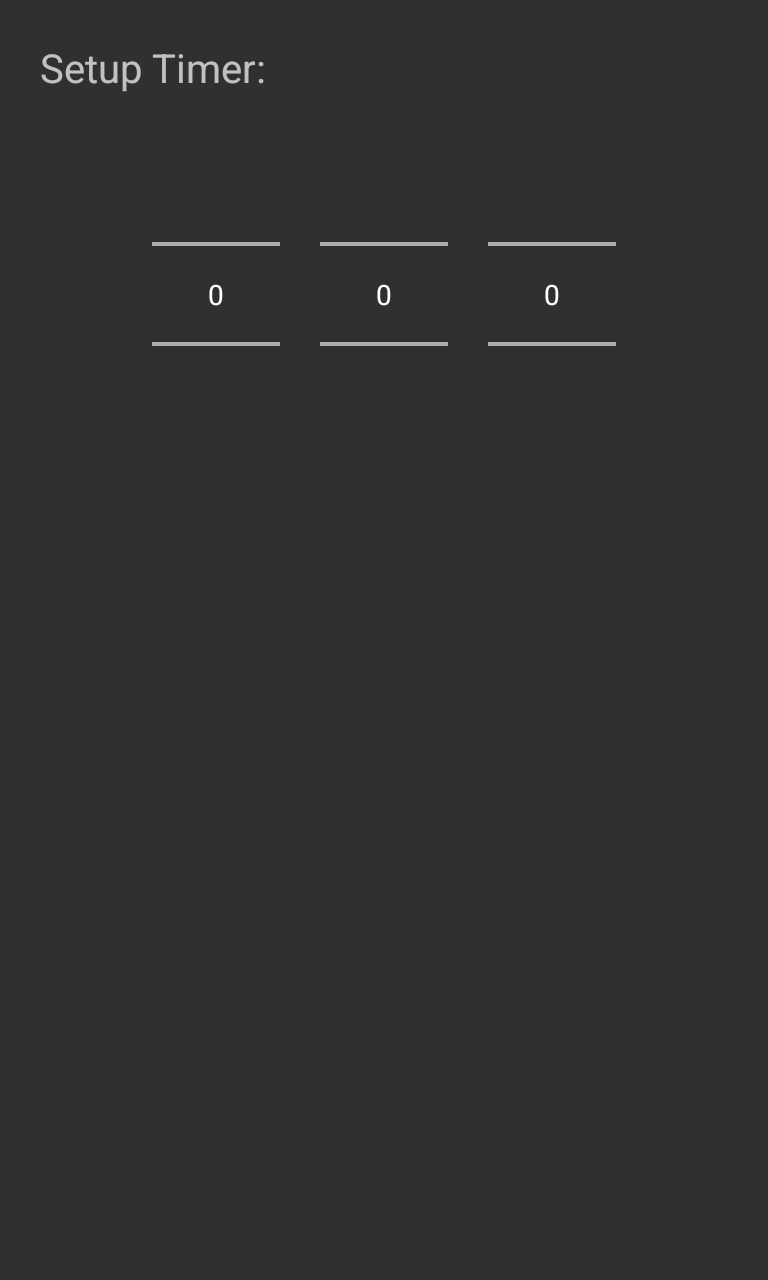
Repository: deanzaka/Shroom-Smart-Terminal
Layout: IOIOShroomST/res/layout/timer.xml
The author's editor kept a copy of each file at every save. The layout is drawn from the files as they stood at one save, then again after the next save.
It is drawn on a 768 x 1280 px phone screen (xhdpi) without system bars, with theme Theme.AppCompat; the app's code is not run.

Above is the layout before, as saved 2014-11-18 10:25:30.

### IOIOShroomST/res/layout/timer.xml
<?xml version="1.0" encoding="utf-8"?>
<LinearLayout xmlns:android="http://schemas.android.com/apk/res/android"
    android:orientation="vertical"
    android:layout_width="fill_parent"
    android:layout_height="fill_parent">

    <TextView
        android:layout_width="wrap_content"
        android:layout_height="wrap_content"
        android:text="@string/timer_setup_label"
        android:textSize="20sp"
        android:paddingTop="20dp"
        android:paddingLeft="20dp"/>

    <RelativeLayout
	    android:layout_width="fill_parent"
	    android:layout_height="wrap_content"
	    android:gravity="center_horizontal"
	    android:paddingTop="10dp">

	    <NumberPicker
		    android:id="@+id/userHour"
		    android:layout_width="wrap_content"
		    android:layout_height="wrap_content"
		    android:layout_marginRight="20dp" />

	    <NumberPicker
		    android:id="@+id/userMin"
		    android:layout_width="wrap_content"
		    android:layout_height="wrap_content"
		    android:layout_toRightOf="@id/userHour"
		    android:layout_marginRight="20dp"/>

	    <NumberPicker
		    android:id="@+id/userSec"
		    android:layout_width="wrap_content"
		    android:layout_height="wrap_content"
		    android:layout_toRightOf="@id/userMin"/>

	</RelativeLayout>



</LinearLayout>

### IOIOShroomST/res/values/strings.xml
<?xml version="1.0" encoding="utf-8"?>
<resources>

    <string name="app_name">Shroom - Smart Outlet</string>
    <string name="terminal_1">Plug 1</string>
    <string name="terminal_2">Plug 2</string>
    <string name="terminal_3">Plug 3</string>
    <string name="lamp">Lamp</string>
    <string name="light_label">Light intensity: </string>
    <string name="light_setup_label">Light setup: </string>
    <string name="temp_label">Temperature: </string>
    <string name="temp_setup_label">Temperature setup: </string>
    <string name="timer_setup_label">Setup Timer: </string>
    <string name="cel_label">celcius</string>
    <string name="lux_label">lux</string>
    <string name="auto_label">Auto Mode</string>
    <string name="action_sensors">Sensors</string>
    <string name="action_settings">Setting</string>
    <string name="action_timer">Timer</string>
    <string name="yes_answer">Yes</string>
    <string name="no_answer">No</string>
    <string name="title_activity_settings">Settings</string>
    <string name="hello_world">Hello world!</string>
    <string name="title_activity_sensors">Sensors</string>
    <string name="light_sensor">Light</string>
    <string name="temp_sensor">Temp</string>
    <string name="timer">Timer</string>
    <string name="title_activity_timer">Timer</string>

</resources>

After the next save:
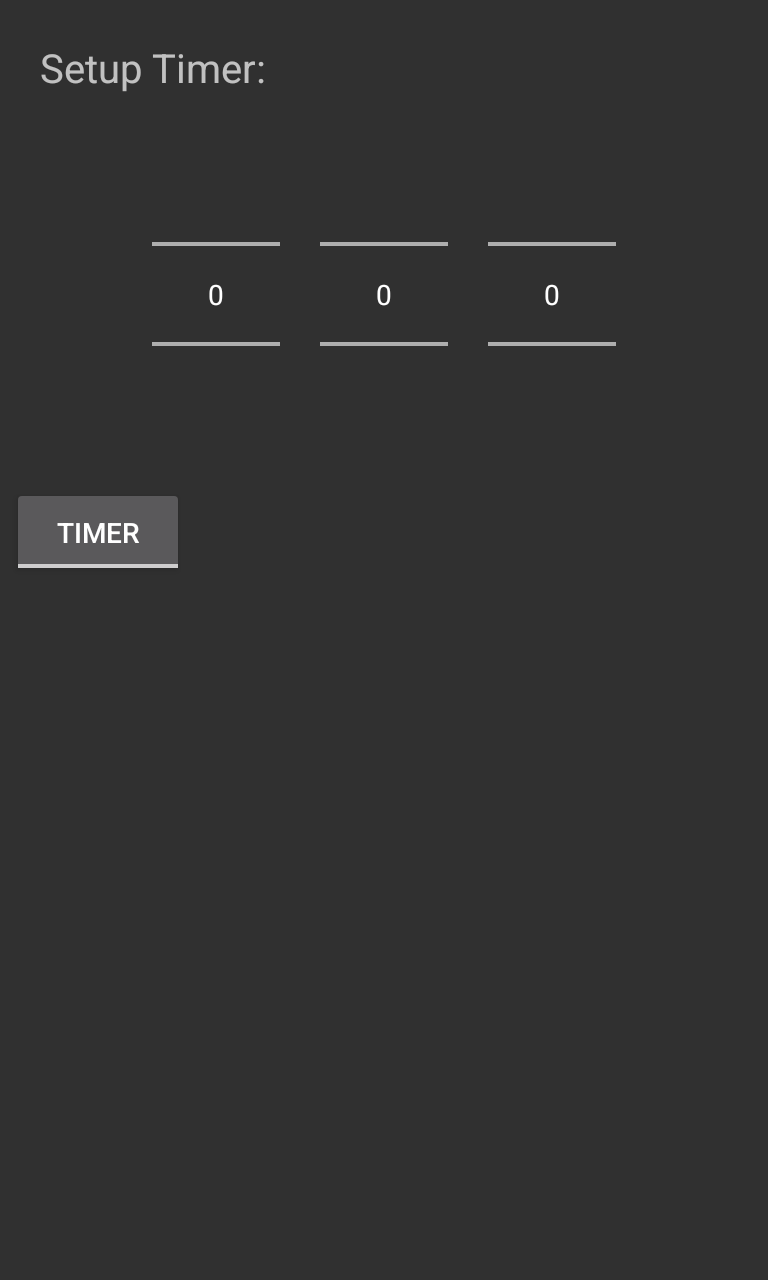
Saved 28 s later.
--- a/IOIOShroomST/res/layout/timer.xml
+++ b/IOIOShroomST/res/layout/timer.xml
@@ -39,6 +39,15 @@
 
 	</RelativeLayout>
 
-
+    <ToggleButton
+			android:id="@+id/StartTimer"
+			android:layout_width="wrap_content"
+			android:layout_height="wrap_content"
+			android:layout_toRightOf="@id/TempSens1"
+			android:layout_margin="5dp"
+			android:text="@string/timer"
+			android:textOn="@string/timer"
+			android:textOff="@string/timer"
+			/>
 
 </LinearLayout>
